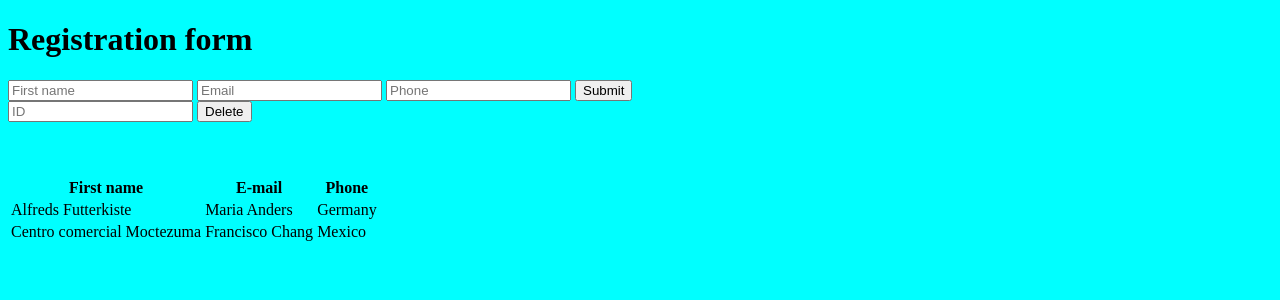
Repository: mediumrtp/CRUD
Page: index.html
The author's editor kept a copy of each file at every save. The page is drawn from the files as they stood at one save, then again after the next save.
The browser window is 1280 px wide. The pictures show the whole page.

Above is the page before, as saved 2022-11-15 09:34:06.

### index.html
<!DOCTYPE html>
<html>

<head>
    <link rel="stylesheet" type="text/css" href="css/style.css">
</head>

<body>
    <h1 class="heading">Registration form</h1>

    <form action="/add_user" method="POST">

        <input type="text" name="empName" placeholder="First name" required>

        <input type="email" name="empEmail" placeholder="Email" required>

        <input type="text" name="empMobile" placeholder="Phone" required>

        <input type="submit" value="Submit">
    </form>
    <form action="/delete" method="POST">

        <input type="text" name="id" placeholder="ID" required>

        <button type="submit">Delete</button>
        <!-- <button type="submit" class="btn">Submit</button> -->
    </form>

    </br>
    </br>
    </br>

    <table>
        <tr>
            <th>First name</th>
            <th>E-mail</th>
            <th>Phone</th>
        </tr>
        <tr>
            <td>Alfreds Futterkiste</td>
            <td>Maria Anders</td>
            <td>Germany</td>
        </tr>
        <tr>
            <td>Centro comercial Moctezuma</td>
            <td>Francisco Chang</td>
            <td>Mexico</td>
        </tr>
    </table>
</body>

</html>

### style.css
body {
    background-color: aqua;
}

.h1 {
    color: red
}

After the next save:
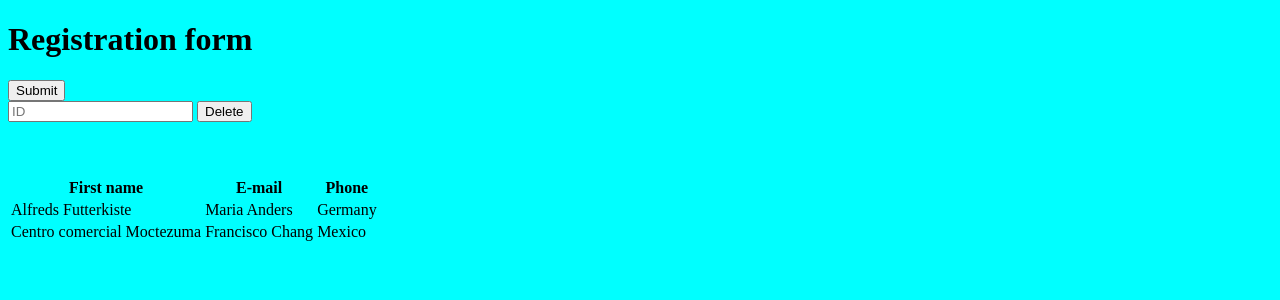
Saved 8 min 8 s later.
--- a/index.html
+++ b/index.html
@@ -9,12 +9,6 @@
     <h1 class="heading">Registration form</h1>
 
     <form action="/add_user" method="POST">
-
-        <input type="text" name="empName" placeholder="First name" required>
-
-        <input type="email" name="empEmail" placeholder="Email" required>
-
-        <input type="text" name="empMobile" placeholder="Phone" required>
 
         <input type="submit" value="Submit">
     </form>
